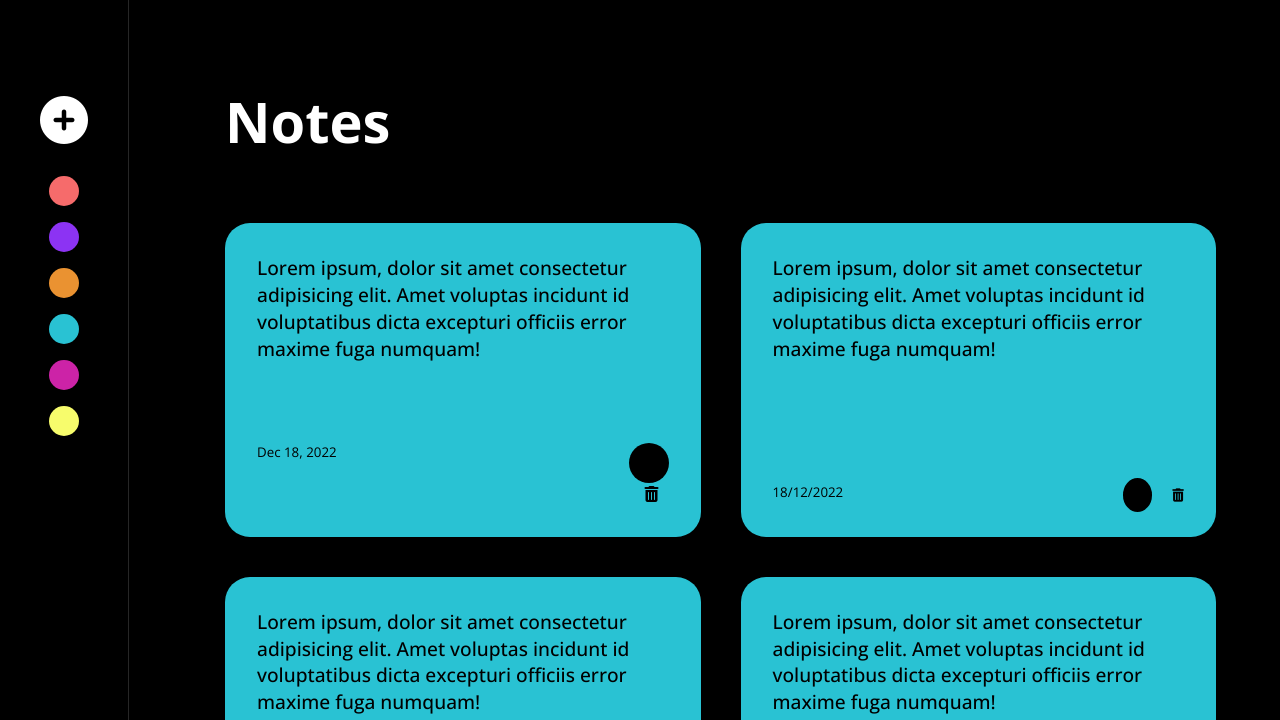
Repository: emiliaiwu/notes_app
Page: index.html
The author's editor kept a copy of each file at every save. The page is drawn from the files as they stood at one save, then again after a run of saves.
The browser window is 1280 px wide. The pictures show the whole page.
An inner scrolling area shows only its first screen. Some web libraries are served in a nearby version.

Above is the page before, as saved 2022-12-19 23:45:56.

### index.html
<!DOCTYPE html>
<html lang="en">
<head>
    <meta charset="UTF-8">
    <meta http-equiv="X-UA-Compatible" content="IE=edge">
    <meta name="viewport" content="width=device-width, initial-scale=1.0">
    <script src="https://kit.fontawesome.com/fd9c36575f.js" crossorigin="anonymous"></script>
    <link rel="stylesheet" href="style.css">
    <title>Notes App</title>
</head>
<body>
    <div class="container">
        <div class="add">
            <div class="add_card"><i class="fa-solid fa-circle-plus"></i></div>
            <ul class="card_colors">
                <li class="card_color c1"></li>
                <li class="card_color c2"></li>
                <li class="card_color c3"></li>
                <li class="card_color c4"></li>
                <li class="card_color c5"></li>
                <li class="card_color c6"></li>
            </ul>
        </div>
        <div class="cards_container">
            <h1>Notes</h1>
            <div class="cards">

                <div class="card">
                    <p class="text">
                        Lorem ipsum, dolor sit amet consectetur adipisicing elit. Amet voluptas incidunt id voluptatibus dicta excepturi officiis error maxime fuga numquam!
                    </p>
                    <div class="footer close">
                        <small class="date">Dec 18, 2022</small>
                        <div class="edit_delete">
                           <div class="edit"><i class="fa-solid fa-pen"></i></div>
                           <div class="delete"><i class="fa-solid fa-trash-can"></i></div>
                        </div>
                    </div>
                    <div class="footer open">
                        <ul class="edit_settings">
                            <li class="bold"><i class="fa-solid fa-bold"></i></li>
                            <li class="italic"><i class="fa-solid fa-italic"></i></li>
                            <li class="underline"><i class="fa-solid fa-underline"></i></li>
                            <li class="strikethrough"><i class="fa-solid fa-strikethrough"></i></li>
                            <li class="toggleBtn"><i class="fa-solid fa-list-ul"></i></li>
                            <li class="add_image"><i class="fa-solid fa-image"></i></li>
                        </ul>
                    </div>
                </div>

                <div class="card">
                    <span class="text">
                        Lorem ipsum, dolor sit amet consectetur adipisicing elit. Amet voluptas incidunt id voluptatibus dicta excepturi officiis error maxime fuga numquam!
                    </span>
                    <span class="footer close">
                        <small class="date">18/12/2022</small>
                        <span>
                           <small class="edit"><i class="fa-solid fa-pen"></i></small>
                           <small class="delete"><i class="fa-solid fa-trash-can"></i></small>
                        </span>
                    </span>
                    <span class="footer open">
                        <ul class="edit_settings">
                            <li class="bold"><i class="fa-solid fa-bold"></i></li>
                            <li class="italic"><i class="fa-solid fa-italic"></i></li>
                            <li class="underline"><i class="fa-solid fa-underline"></i></li>
                            <li class="strikethrough"><i class="fa-solid fa-strikethrough"></i></li>
                            <li class="toggleBtn"><i class="fa-solid fa-list-ul"></i></li>
                            <li class="add_image"><i class="fa-solid fa-image"></i></li>
                        </ul>
                    </span>
                </div>

                <div class="card">
                    <span class="text">
                        Lorem ipsum, dolor sit amet consectetur adipisicing elit. Amet voluptas incidunt id voluptatibus dicta excepturi officiis error maxime fuga numquam!
                    </span>
                    <span class="footer close">
                        <small class="date">18/12/2022</small>
                        <span>
                           <small class="edit"><i class="fa-solid fa-pen"></i></small>
                           <small class="delete"><i class="fa-solid fa-trash-can"></i></small>
                        </span>
                    </span>
                    <span class="footer open">
                        <ul class="edit_settings">
                            <li class="bold"><i class="fa-solid fa-bold"></i></li>
                            <li class="italic"><i class="fa-solid fa-italic"></i></li>
                            <li class="underline"><i class="fa-solid fa-underline"></i></li>
                            <li class="strikethrough"><i class="fa-solid fa-strikethrough"></i></li>
                            <li class="toggleBtn"><i class="fa-solid fa-list-ul"></i></li>
                            <li class="add_image"><i class="fa-solid fa-image"></i></li>
                        </ul>
                    </span>
                </div>

                <div class="card">
                    <span class="text">
                        Lorem ipsum, dolor sit amet consectetur adipisicing elit. Amet voluptas incidunt id voluptatibus dicta excepturi officiis error maxime fuga numquam!
                    </span>
                    <span class="footer close">
                        <small class="date">18/12/2022</small>
                        <span>
                           <small class="edit"><i class="fa-solid fa-pen"></i></small>
                           <small class="delete"><i class="fa-solid fa-trash-can"></i></small>
                        </span>
                    </span>
                    <span class="footer open">
                        <ul class="edit_settings">
                            <li class="bold"><i class="fa-solid fa-bold"></i></li>
                            <li class="italic"><i class="fa-solid fa-italic"></i></li>
                            <li class="underline"><i class="fa-solid fa-underline"></i></li>
                            <li class="strikethrough"><i class="fa-solid fa-strikethrough"></i></li>
                            <li class="toggleBtn"><i class="fa-solid fa-list-ul"></i></li>
                            <li class="add_image"><i class="fa-solid fa-image"></i></li>
                        </ul>
                    </span>
                </div>


            </div>
        </div>




    </div>

</body>
</html>

### style.css
@import url('https://fonts.googleapis.com/css2?family=Open+Sans:wght@300;400;500;700&display=swap');


* {
    margin: 0;
    padding: 0;
    box-sizing: border-box;
    list-style-type: none;

}

body {
    font-family: 'Open Sans', sans-serif;
    width: 100vw;
    height: 100vh;
    background-color: #000;
    color: #fff;

}

h1 {
    font-size: 3.5rem;
    margin-bottom: 4rem;
    color: #fff;
}

.container {
    display: flex;
    width: 100%;
    height: 100%;
    gap: 2rem;
}

.add {
    border-right: 1px solid rgba(255, 255, 255, 0.15);
    min-height: 100vh;
    display: flex;
    flex-direction: column;
    align-items: center;
    padding: 6rem 2.5rem;

}

.card_color {
    width: 30px;
    height: 30px;
    border-radius: 50%;
    margin-bottom: 1rem;

}

.fa-circle-plus {
    font-size: 3rem;
    margin-bottom: 2rem;
}

.c1 {
    background-color: #F66B6B;
}

.c2 {
    background-color: #8C33F3;
}

.c3 {
    background-color: #EA9231;
}

.c4 {
    background-color: #29C2D3;
}

.c5 {
    background-color: #CC23A7;
}

.c6 {
    background-color: #F7FC6C;
}






/* CARDS CONTAINER */

.cards_container {
    padding: 5.2rem 4rem;
    height: 100%;
    overflow-y: scroll;
    width: 100%;
    color: #000;
}

.cards {
    display: grid;
    grid-template-columns: repeat(auto-fit, minmax(19rem, 1fr));
    gap: 2.5rem;
}

.card {
    display: flex;
    flex-direction: column;
    justify-content: space-between;
    background-color: #29C2D3;
    padding: 2rem 2rem 1rem 2rem;
    border-radius: 25px;
}

.close,
.edit_settings {
    display: flex;
    justify-content: space-between;

}

.text {
    margin-bottom: 5rem;
    font-size: 1.2rem;
    font-weight: 500;
    line-height: 1.4;
}




.edit_delete {
    fon
}

.edit {
    background-color: #000;
    width: 40px;
    height: 40px;
    padding: .5rem;
    border-radius: 50%;
}

.fa-trash-can {
    margin-left: 1rem;
}






.edit_settings {
    border-top: 1px solid rgba(0, 0, 0, 0.178);;
    width: 100%;
    padding: 1rem;
}

ul li i {
    font-size: 1.2rem;
}












/* OPEN AND CLOSE FUNCTIONALITY */

.open {
    display: none;

}

.close {
    padding-bottom: 1rem;
}

After the next 3 saves:
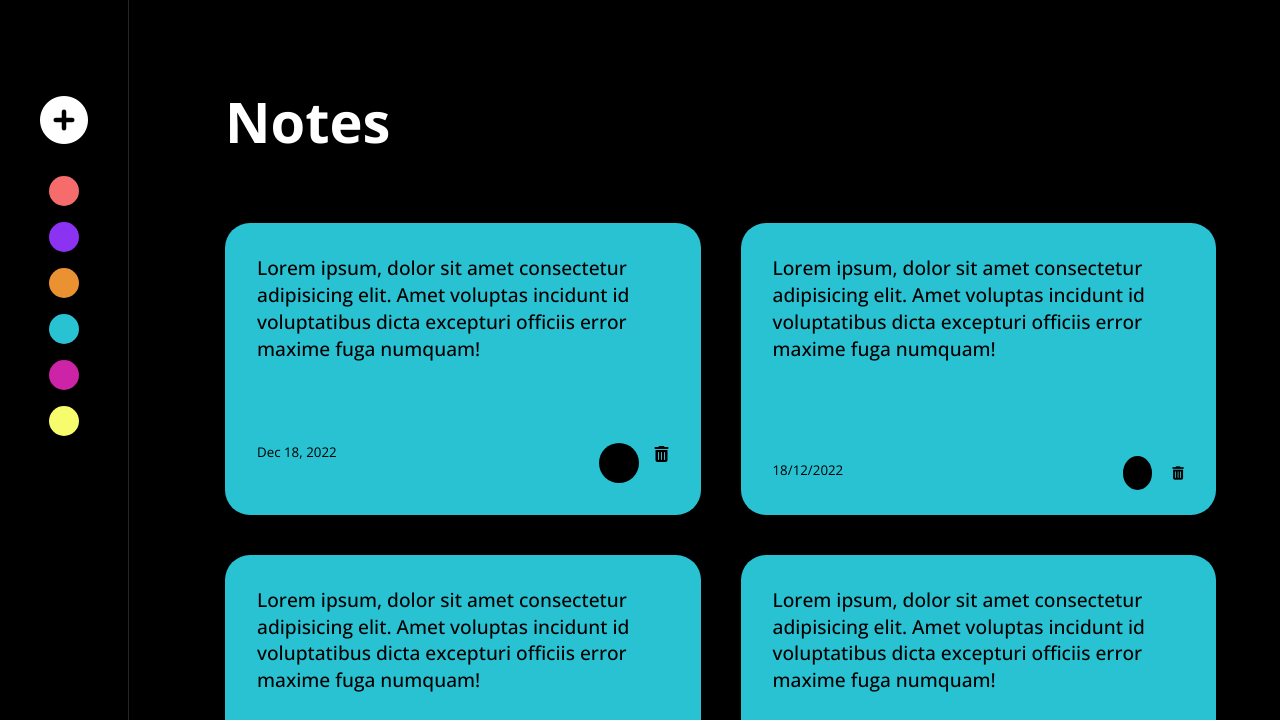
The 3 saves are shown as one change because they came seconds apart.
The last was saved 8 s later.
--- a/style.css
+++ b/style.css
@@ -126,7 +126,7 @@ h1 {
 
 
 .edit_delete {
-    fon
+    display: flex;
 }
 
 .edit {
